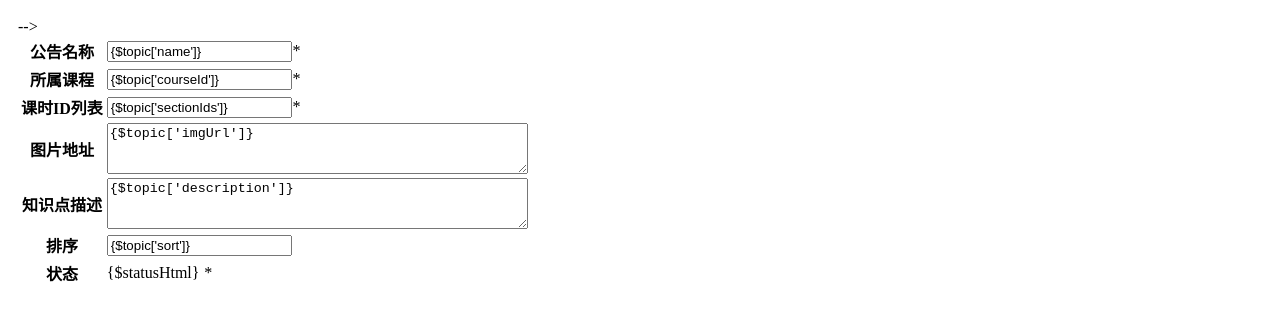
Repository: pridewu/hipi
Page: Education_dev_platform/branches/v1/Application/System/View/v1/Notice/edit.html
These files come from the project's save history. The page is drawn as it stood at one moment and after the next save; the edit follows.
The browser window is 1280 px wide. The pictures show the whole page.

Above is the page before, as saved 2014-12-03 10:32:47.

After the next save:
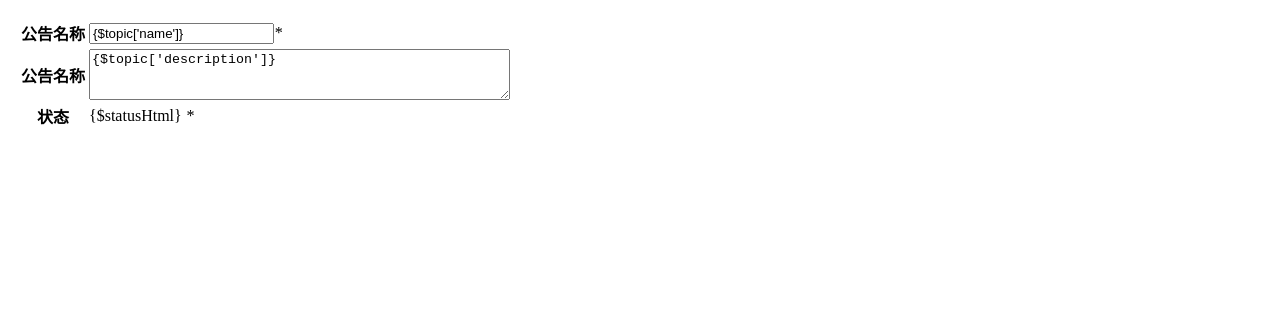
Saved 74 s later.
--- a/Education_dev_platform/branches/v1/Application/System/View/v1/Notice/edit.html
+++ b/Education_dev_platform/branches/v1/Application/System/View/v1/Notice/edit.html
@@ -7,36 +7,14 @@
 			<input type="text" id="name" name="content" value="{$topic['name']}"/><em>*</em>
 		</td>
 	</tr>
- 	<tr>
-		<th>所属课程</th>
-		<td>
-			<input type="text" id="courseId" name="courseId" value="{$topic['courseId']}"/><em>*</em>
-		</td>
-	</tr>
+
 	<tr>
-		<th>课时ID列表</th>
-		<td>
-			<input type="text" id="sectionIds" name="sectionIds" value="{$topic['sectionIds']}"/><em>*</em>
-		</td>
-	</tr>
-	<tr>
-		<th>图片地址</th>
-		<td>
-			<textarea name="imgUrl" id="imgUrl" cols="50" rows="3">{$topic['imgUrl']}</textarea>
-			<a href="#" class="easyui-linkbutton" iconCls="icon-add" plain="true"
-				onclick="upfileDialog(1,'{$thumb}','知识点图片：{$topic[name]}',1,1,'#imgUrl','\r\n')"></a>
-		</td>
-	</tr>
-	<tr>
-		<th>知识点描述</th>
+		<th>公告名称</th>
 		<td>
 			<textarea name="description" id="description" cols="50" rows="3">{$topic['description']}</textarea>
 		</td>
 	</tr>
-	<tr>
-		<th>排序</th>
-		<td><input type="text" id="sort" name="sort" value="{$topic['sort']}"/></td>
-	</tr> -->
+
 	<tr><th>状态</th><td>{$statusHtml} <em>*</em></td></tr>
 </table>
 </form>
